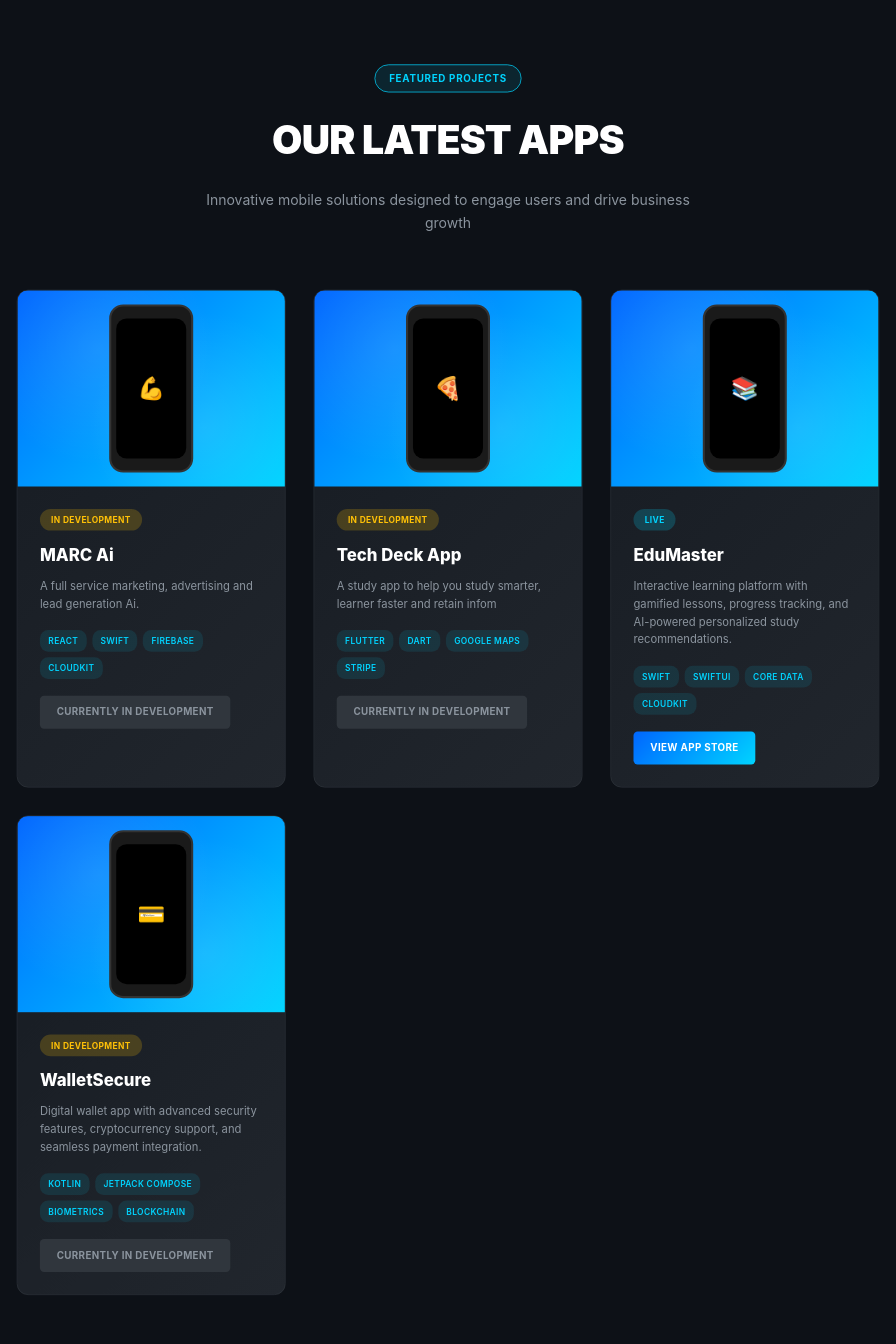
Repository: techandbeauty/NexusTech-Service-Portal
Page: apps.html
The author's editor kept a copy of each file at every save. The page is drawn from the files as they stood at one save, then again after the next save.
The browser window is 1280 px wide. The pictures show the part of the page from y = 540 to 2460 px (the page is 4285 px tall), at 70% of full size.

Above is the page before, as saved 2025-09-06 10:17:57.

After the next save:
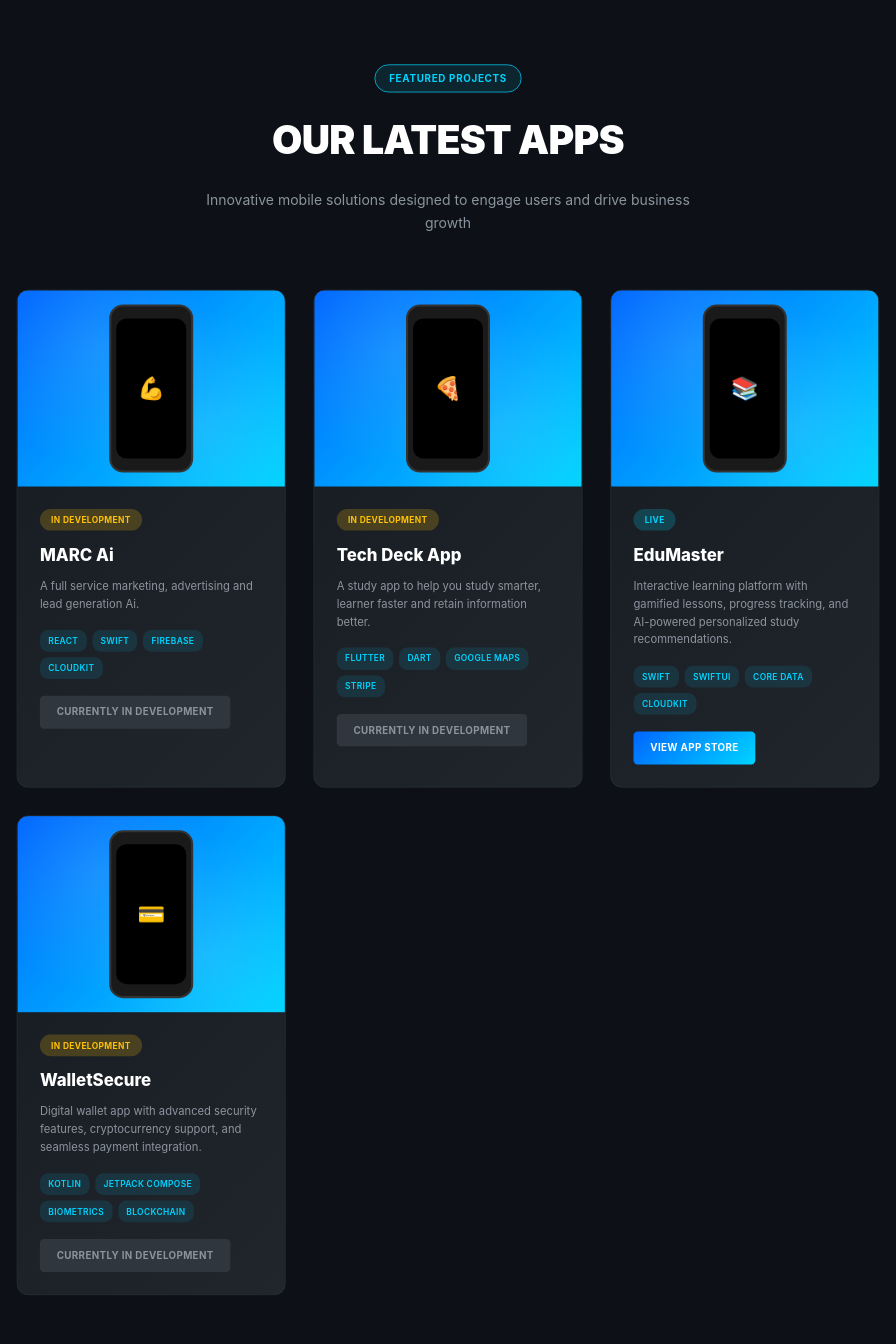
Saved 7 s later.
--- a/apps.html
+++ b/apps.html
@@ -599,7 +599,7 @@
                     <div class="app-info">
                         <span class="app-status development">In Development</span>
                         <h3> Tech Deck App</h3>
-                        <p>A study app to help you study smarter, learner faster and retain infom</p>
+                        <p>A study app to help you study smarter, learner faster and retain information better. </p>
                         <div class="tech-tags">
                             <span class="tech-tag">Flutter</span>
                             <span class="tech-tag">Dart</span>
